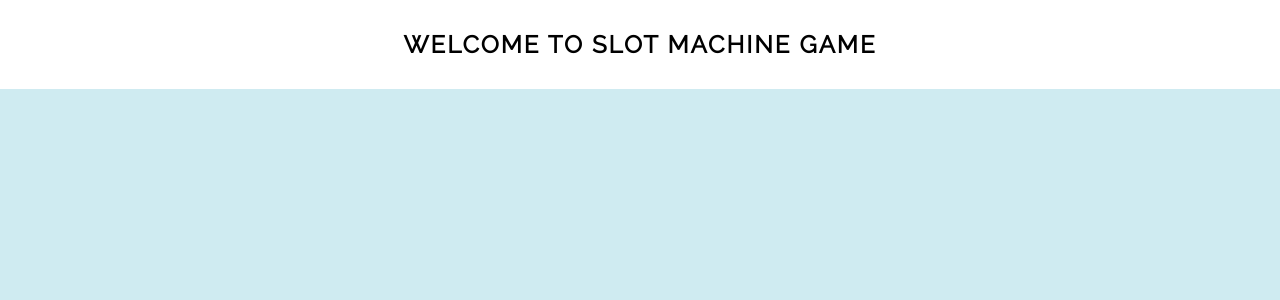
Repository: duggallakshya/slotMachineReact
Page: /
The author's editor kept a copy of each file at every save. The page is drawn from the files as they stood at one save, then again after the next save.
The browser window is 1280 px wide. The pictures show the whole page.
The project was rebuilt for these pictures with package versions that can differ from the ones it lists, and the page was loaded fresh each time.

Above is the page before, as saved 2022-03-22 21:36:40.

### src/index.js
import React from 'react';
import ReactDOM from 'react-dom';
import './index.css';
import App from './App';

ReactDOM.render(
  <App />,
  document.getElementById('root')
)

### src/index.css
@import url('https://fonts.googleapis.com/css2?family=Raleway&display=swap');
body{
  background-color: rgb(207, 235, 241);
  margin: 0;
  padding: 0;

}

.heading-style{
  padding: 30px 0;
  margin-top: 0px;
  text-align: center;
  font-family:'Raleway', sans-serif;;
  text-transform: uppercase;
  font-size: 13px;
  letter-spacing: 2px;
  font-weight: 500;
  background-color: #fff;
  font-size: 1.5rem;
  margin-bottom: 30px;
  font-weight: bold;
}

### src/App.jsx
import React from 'react';

const SlotMachine = () => {
    let x ='😊';
    let y ='😊';
    let z ='😊';

    if(x===y && y==z){
        return (
            <>
                <div className="slot-inner">

                </div>
            </>
        )
    }
}

const App = () => {
    return(
        <>
            <h1 className="heading-style"> Welcome to Slot machine game </h1>
            <SlotMachine />
        </>
    )
}

export default App;

Loaded but not shown: public/index.html (common file)

After the next save:
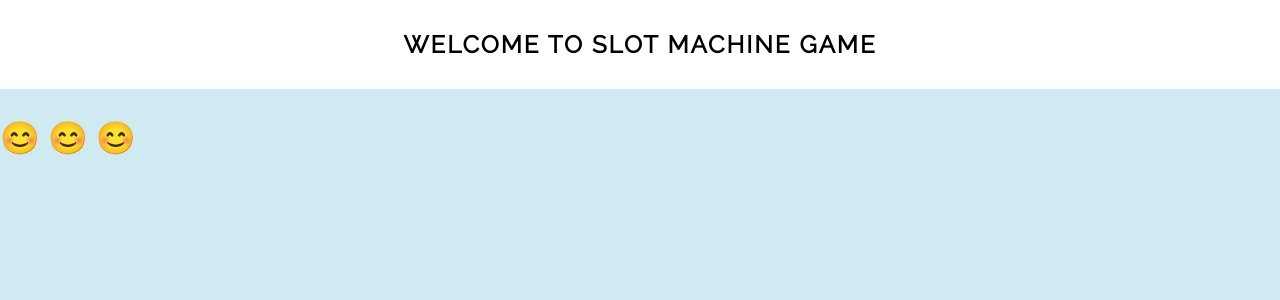
Saved 15 s later.
--- a/src/App.jsx
+++ b/src/App.jsx
@@ -9,6 +9,8 @@ const SlotMachine = () => {
         return (
             <>
                 <div className="slot-inner">
+
+                    <h1> {x} {y} {z} </h1>
 
                 </div>
             </>
